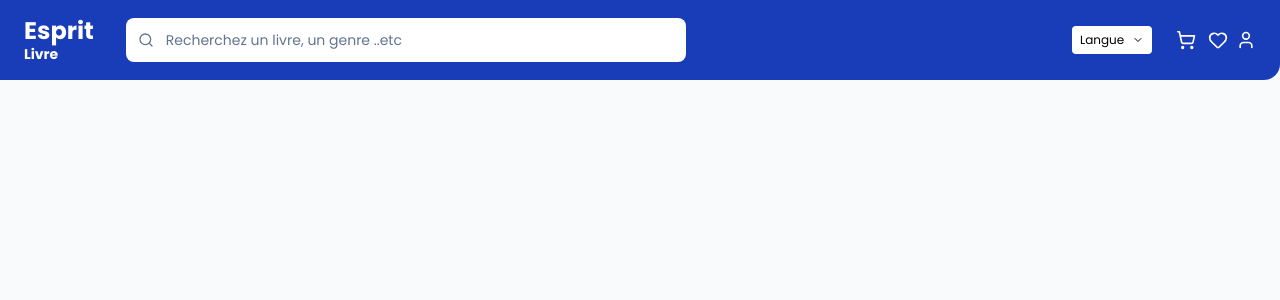
Repository: oussamabenberkane/esprit-livre-front
Page: /
The author's editor kept a copy of each file at every save. The page is drawn from the files as they stood at one save, then again after the next save.
The browser window is 1280 px wide. The pictures show the whole page.
The project was rebuilt for these pictures with package versions that can differ from the ones it lists, and the page was loaded fresh each time. Also part of the build but not shown: vite.config.js.

Above is the page before, as saved 2025-09-25 18:51:56.

After the next save:
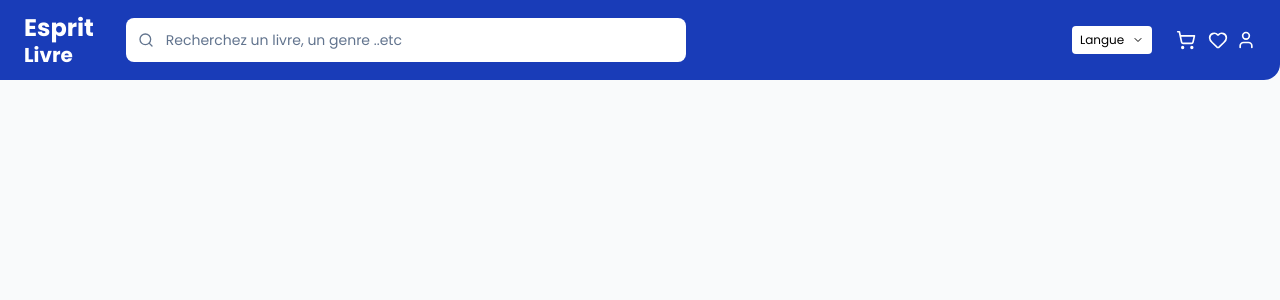
Saved 8 s later.
--- a/src/components/common/navbar.jsx
+++ b/src/components/common/navbar.jsx
@@ -4,7 +4,7 @@ import { Search, ChevronDown, ShoppingCart, Heart, User } from 'lucide-react';
 const Logo = () => (
     <div className="flex flex-col text-white">
         <div className="text-2xl font-bold leading-tight">Esprit</div>
-        <div className="text-sm font-bold leading-tight">Livre</div>
+        <div className="text-xl font-bold leading-tight">Livre</div>
     </div>
 );
 
